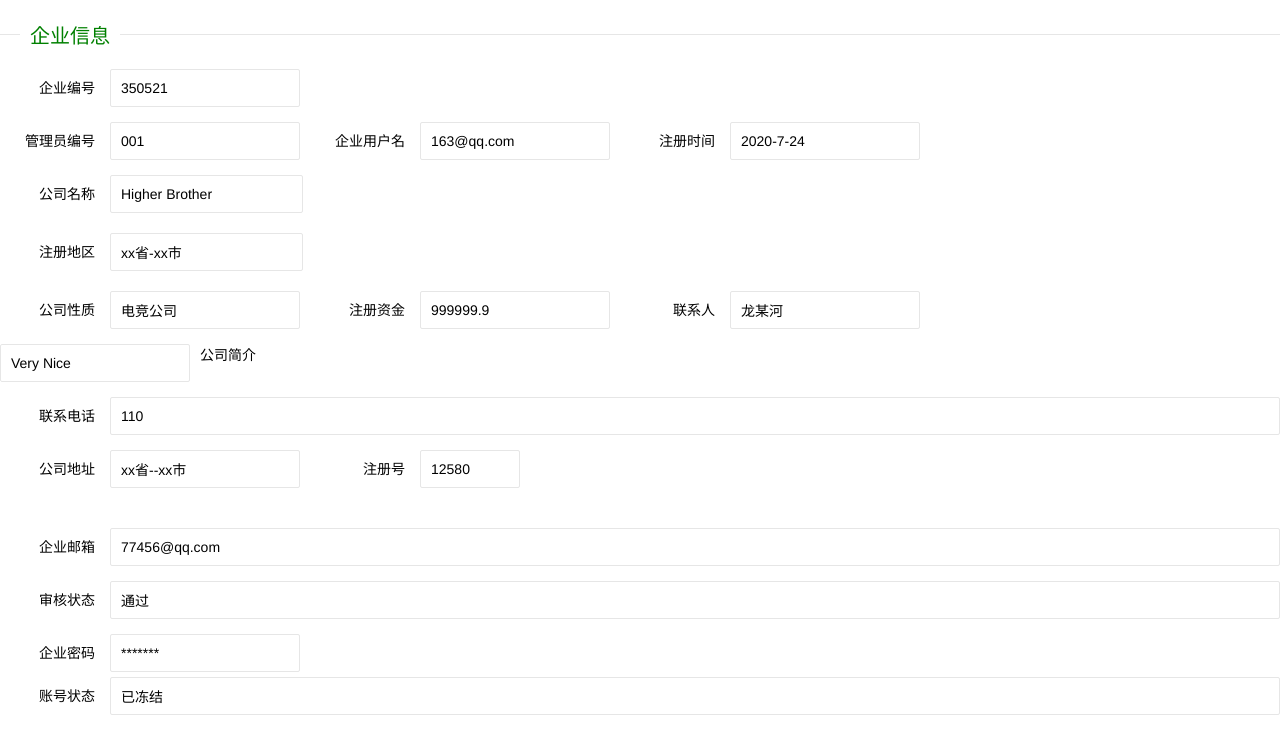
Repository: LongJinhe-coder/java-web-
Page: http://localhost/projectDemo1/displayFirmResume.jsp
These files come from the project's save history. The page is drawn as it stood at one moment and after the next save; the edit follows.
The browser window is 1280 px wide. The pictures show the whole page.
The page is served by Tomcat 9.

Above is the page before, as saved 2020-07-28 09:47:46.

After the next save:
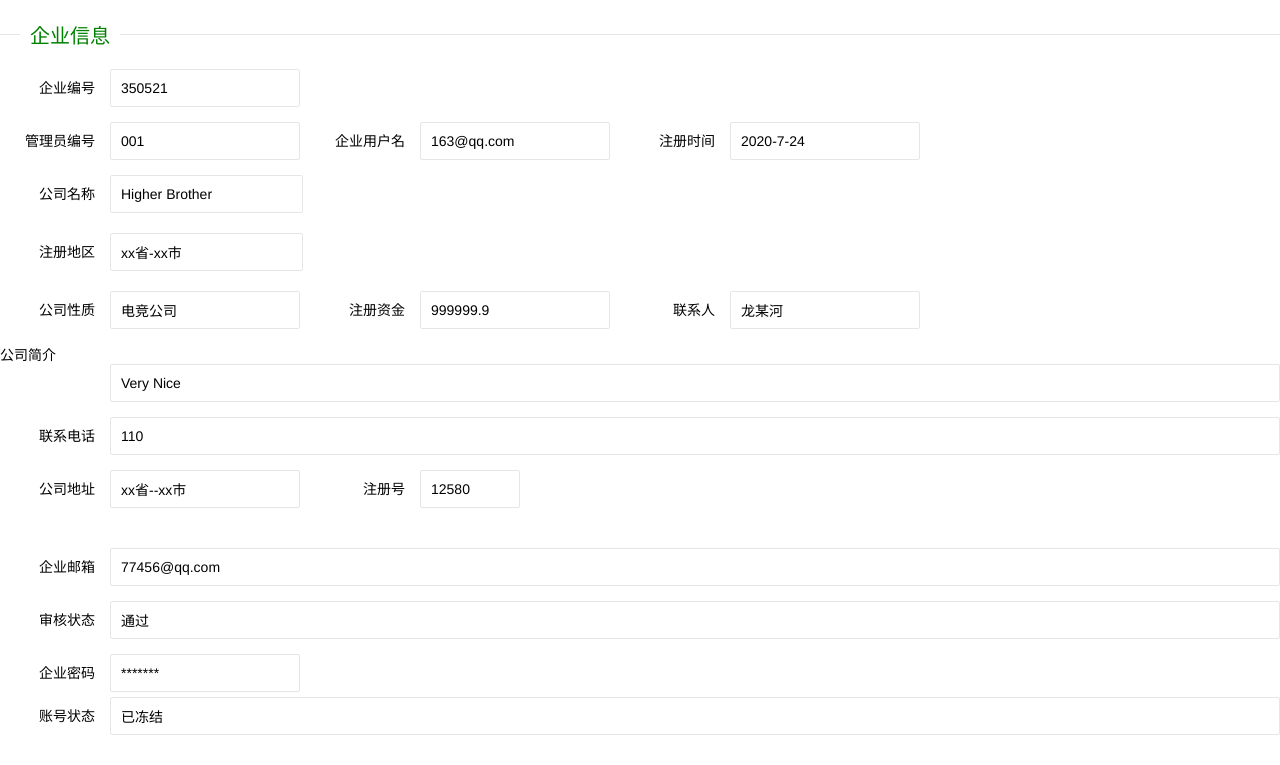
Saved 19 s later.
--- a/MyEclipse CI/projectDemo1/WebRoot/displayFirmResume.jsp
+++ b/MyEclipse CI/projectDemo1/WebRoot/displayFirmResume.jsp
@@ -95,7 +95,7 @@ String basePath = request.getScheme()+"://"+request.getServerName()+":"+request.
 
     <div class="layui-form-item">
      <label class="layui-form-block">公司简介</label>
-    <div class="layui-input-inline">
+    <div class="layui-input-block">
     <input type="text" name="firmBrief" value="Very Nice" readonly="readonly" class="layui-input">
     </div>
   </div>
